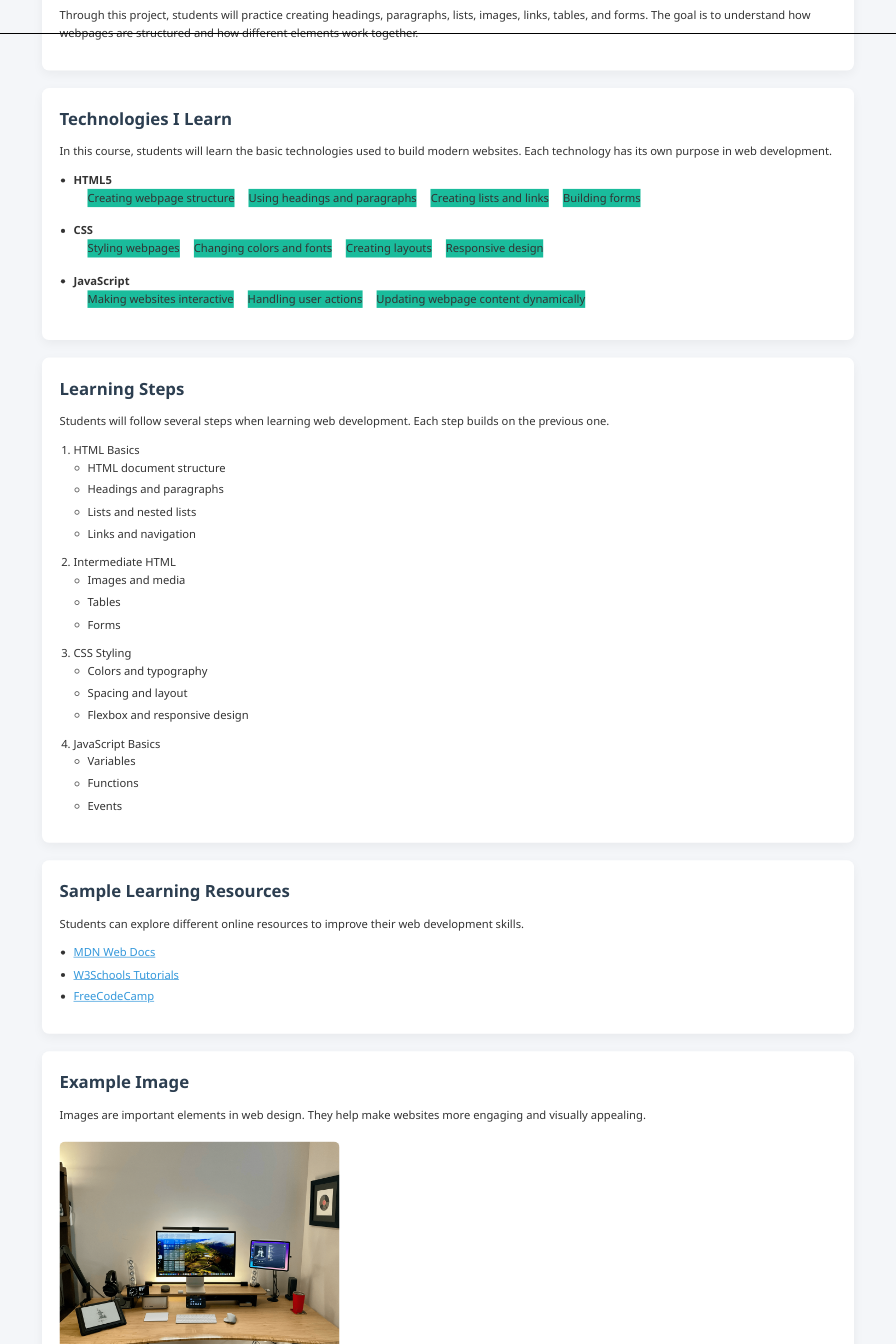
Repository: Than-sothearak/web_client_programing
Page: Week_03/index.html
An editor plug-in stored every save of this project. The page is shown before and after a run of saves, followed by the edit.
The browser window is 1280 px wide. The pictures show the part of the page from y = 317 to 2237 px (the page is 2984 px tall before and 2949 px after), at 70% of full size.

Above is the page before, as saved 2026-03-24 21:17:39.

After the next 3 saves:
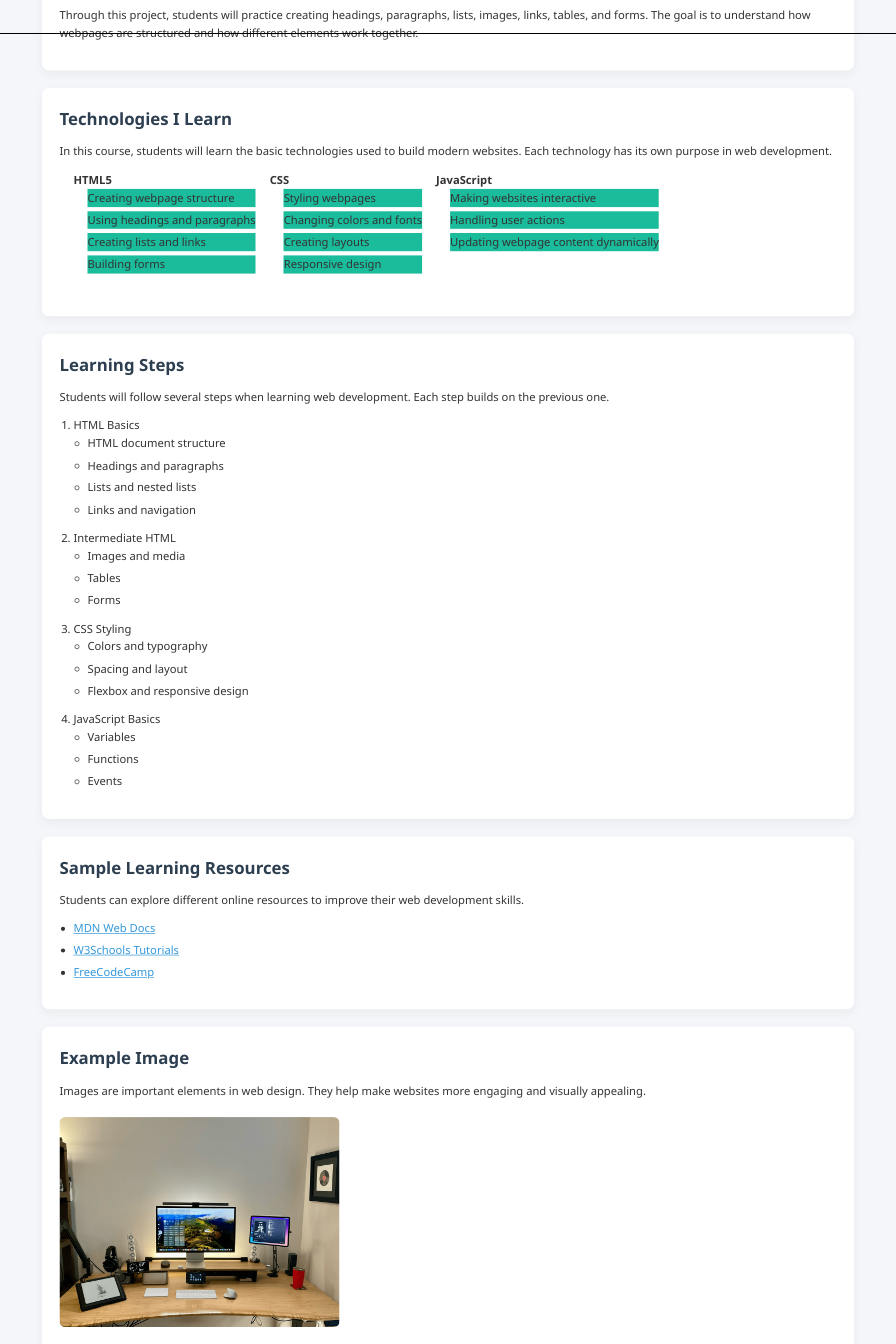
The 3 saves are shown as one change because they came seconds apart.
The last was saved 14 s later.
--- a/Week_03/styles.css
+++ b/Week_03/styles.css
@@ -97,10 +97,14 @@ ol {
   margin-bottom: 15px;
 }
 
-.card-container ul {
+.card-container {
   display: flex;
   gap: 20px;
 
+}
+
+.card-container li {
+  list-style: none;
 }
 
 .card li{
